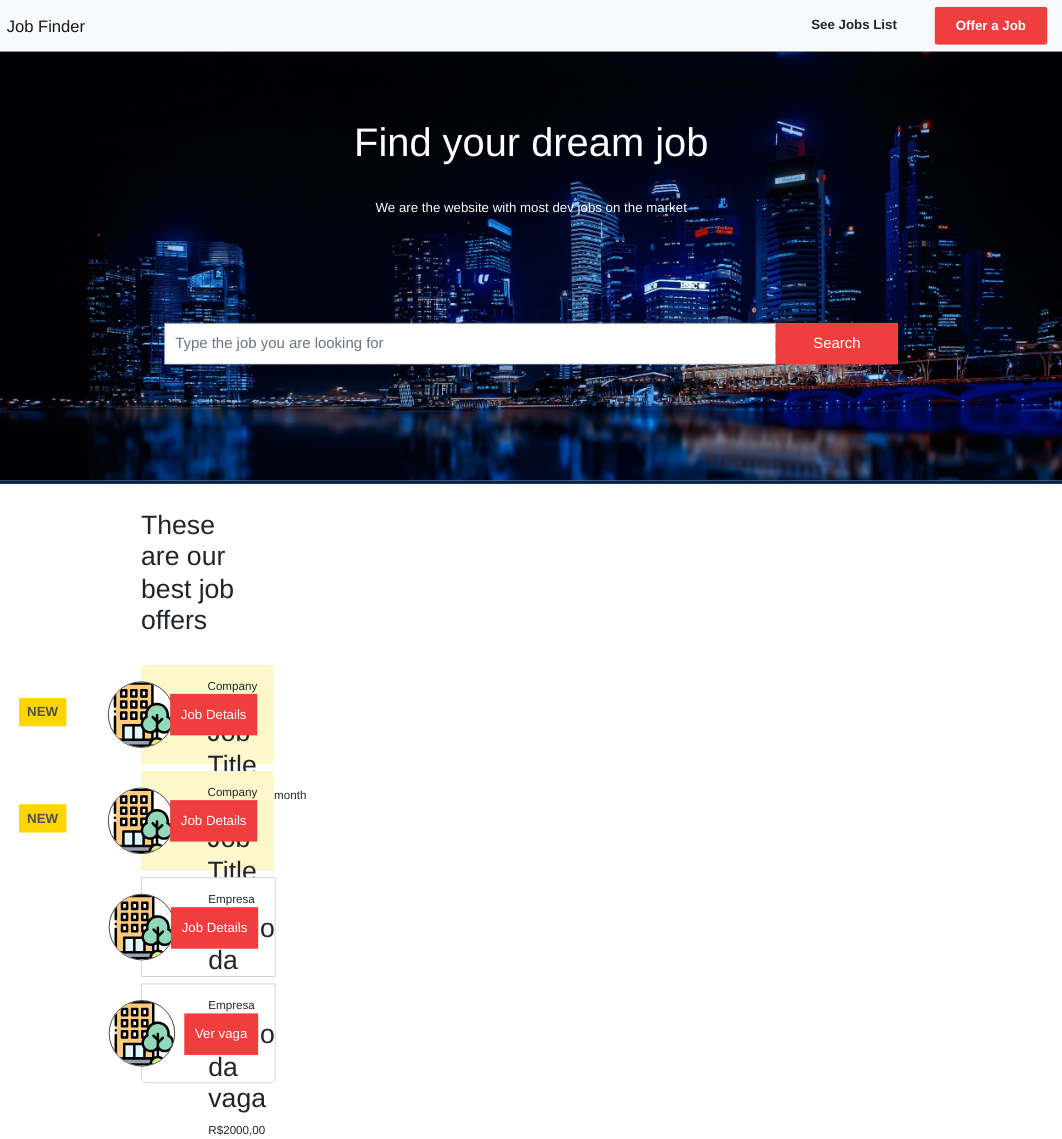
Repository: doncsar/couse-jobfinder-app
Page: templates/index.html
These files come from the project's save history. The page is drawn as it stood at one moment and after the next save; the edit follows.
The browser window is 1280 px wide. The pictures show the whole page, at 83% of full size.

Above is the page before, as saved 2023-12-20 19:41:04.

After the next save:
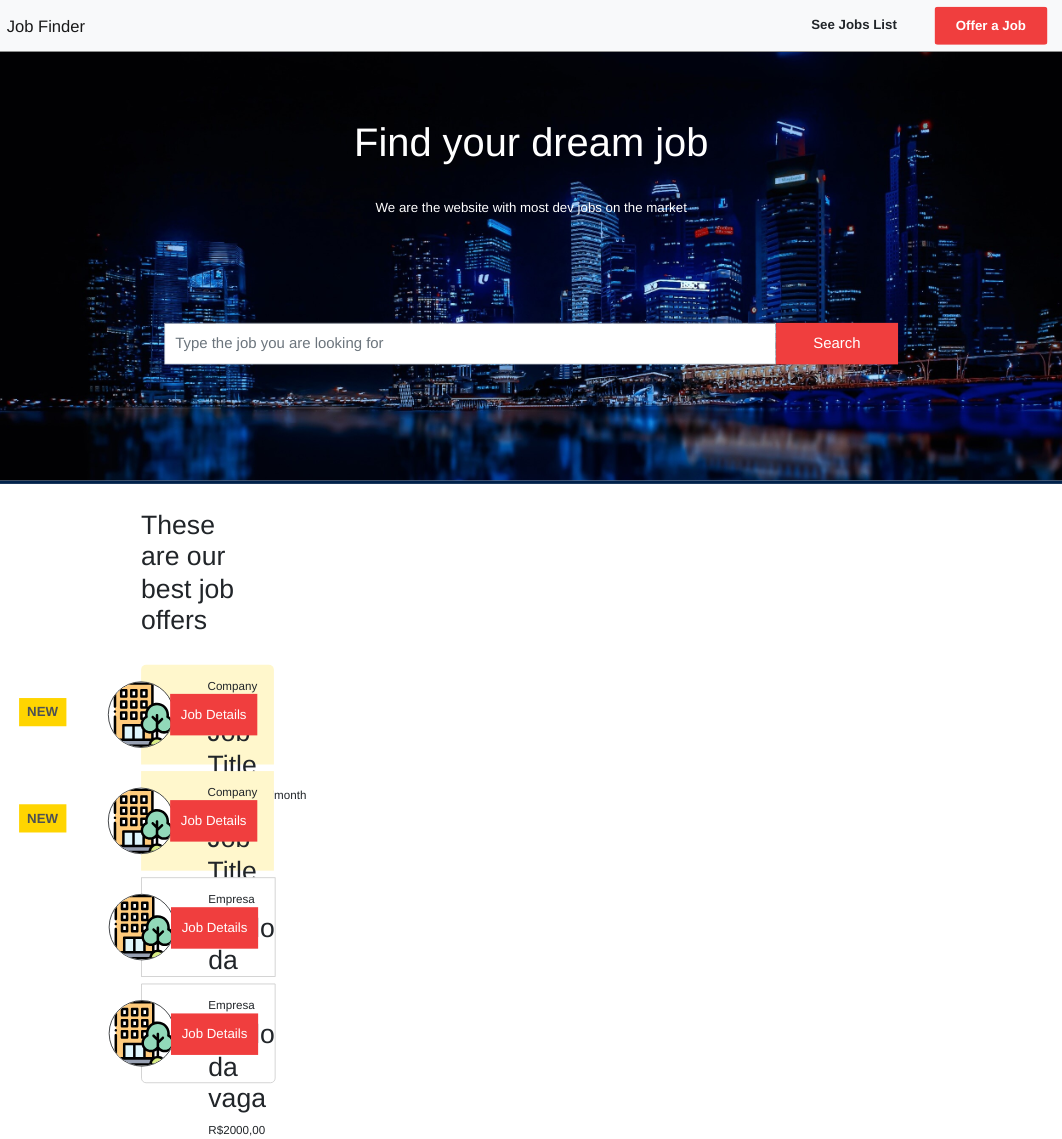
Saved 5 s later.
--- a/templates/index.html
+++ b/templates/index.html
@@ -84,27 +84,27 @@
                         <a href="#" class="btn btn-primary">Job Details</a>
                      </li>
                      <li class="list-group-item new-job">
-              <img src="public/img/company.svg" alt="Company">
-              <p>Company 2</p>
-              <h2>Job Title</h2>
-              <p>U$2000,00</p>
-              <span class="new-job-label">NEW</span>
-              <a class="btn btn-primary">Job Details</a>
-            </li>
-            <li class="list-group-item">
-              <img src="public/img/company.svg" alt="Company">
-              <p>Empresa</p>
-              <h2>Título da vaga</h2>
-              <p>R$2000,00</p>
-              <a class="btn btn-primary">Job Details</a>
-            </li>
-            <li class="list-group-item">
-              <img src="public/img/company.svg" alt="Company">
-              <p>Empresa</p>
-              <h2>Título da vaga</h2>
-              <p>R$2000,00</p>
-              <a class="btn btn-primary">Ver vaga</a>
-            </li>
+                        <img src="public/img/company.svg" alt="Company" />
+                        <p>Company 2</p>
+                        <h2>Job Title</h2>
+                        <p>U$2000,00</p>
+                        <span class="new-job-label">NEW</span>
+                        <a class="btn btn-primary">Job Details</a>
+                     </li>
+                     <li class="list-group-item">
+                        <img src="public/img/company.svg" alt="Company" />
+                        <p>Empresa</p>
+                        <h2>Título da vaga</h2>
+                        <p>R$2000,00</p>
+                        <a class="btn btn-primary">Job Details</a>
+                     </li>
+                     <li class="list-group-item">
+                        <img src="public/img/company.svg" alt="Company" />
+                        <p>Empresa</p>
+                        <h2>Título da vaga</h2>
+                        <p>R$2000,00</p>
+                        <a class="btn btn-primary">Job Details</a>
+                     </li>
                   </ul>
                </div>
             </div>
